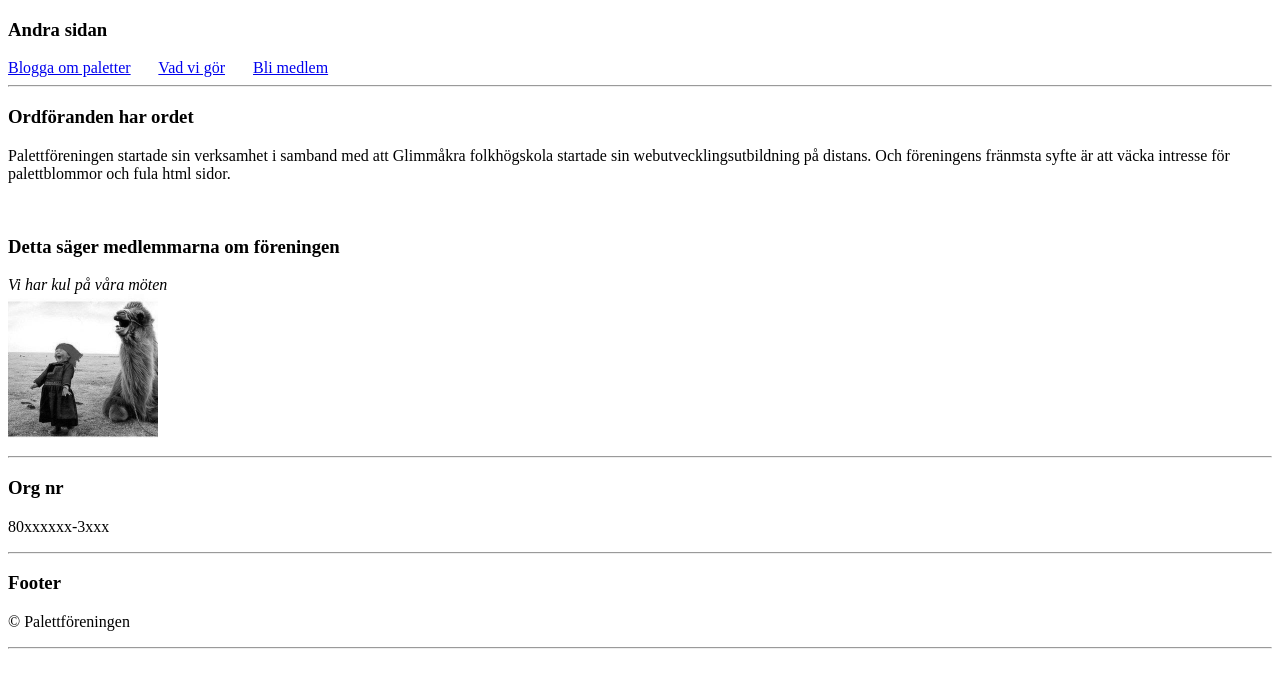
Repository: Webutveckling-20-21/Uppgift-1
Page: verksamheten.html
An editor plug-in stored every save of this project. The page is shown before and after the next save, followed by the edit.
The browser window is 1280 px wide. The pictures show the whole page.

Above is the page before, as saved 2021-09-07 12:12:04.

After the next save:
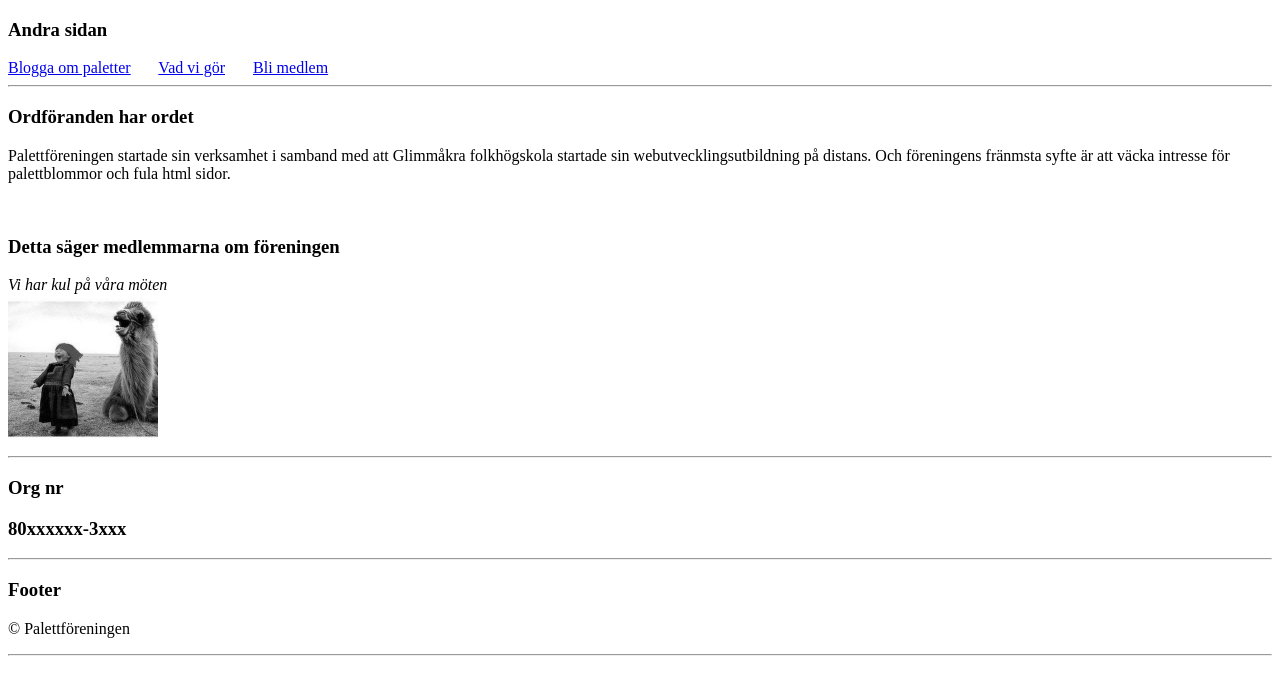
Saved 8 s later.
--- a/verksamheten.html
+++ b/verksamheten.html
@@ -51,7 +51,7 @@
     <hr>
     <aside>
         <h3
-        <h2>Org nr</h2>
+        <>Org nr
         <p>80xxxxxx-3xxx</p>
 
 
